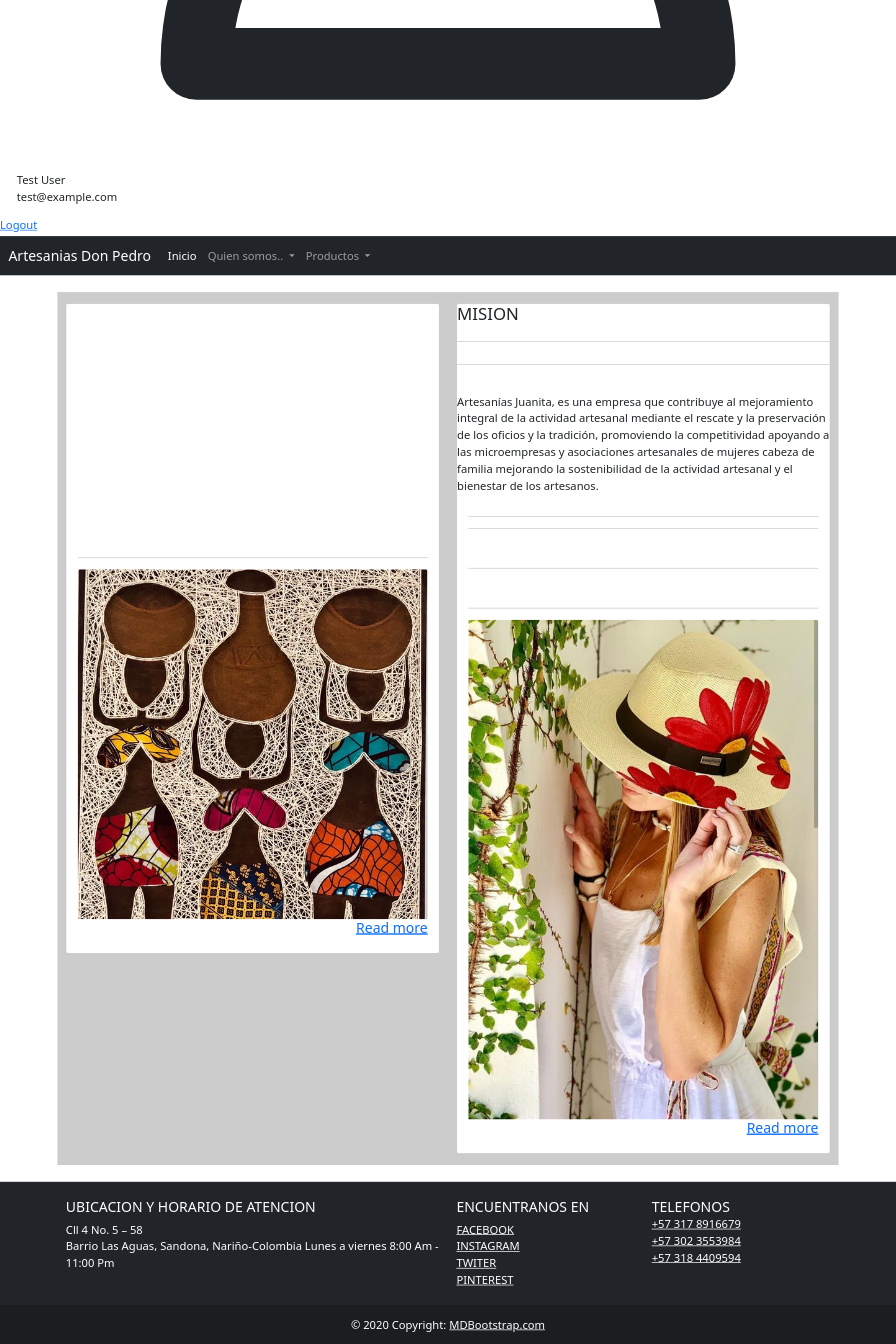
Repository: PG210/taller_artesania
Page: http://localhost/arte/mision
These files come from the project's save history. The page is drawn as it stood at one moment and after the next save; the edit follows.
The browser window is 1280 px wide. The pictures show the part of the page from y = 2506 to 4426 px (the page is 4426 px tall), at 70% of full size.
Pictures or frames that could not be fetched are drawn as grey boxes. The page is served by the project's Laravel application, run on PHP 8.4 with Laravel 8. A made-up administrator, Test User (test@example.com), is signed in.

Above is the page before, as saved 2021-01-14 16:14:00.

After the next save:
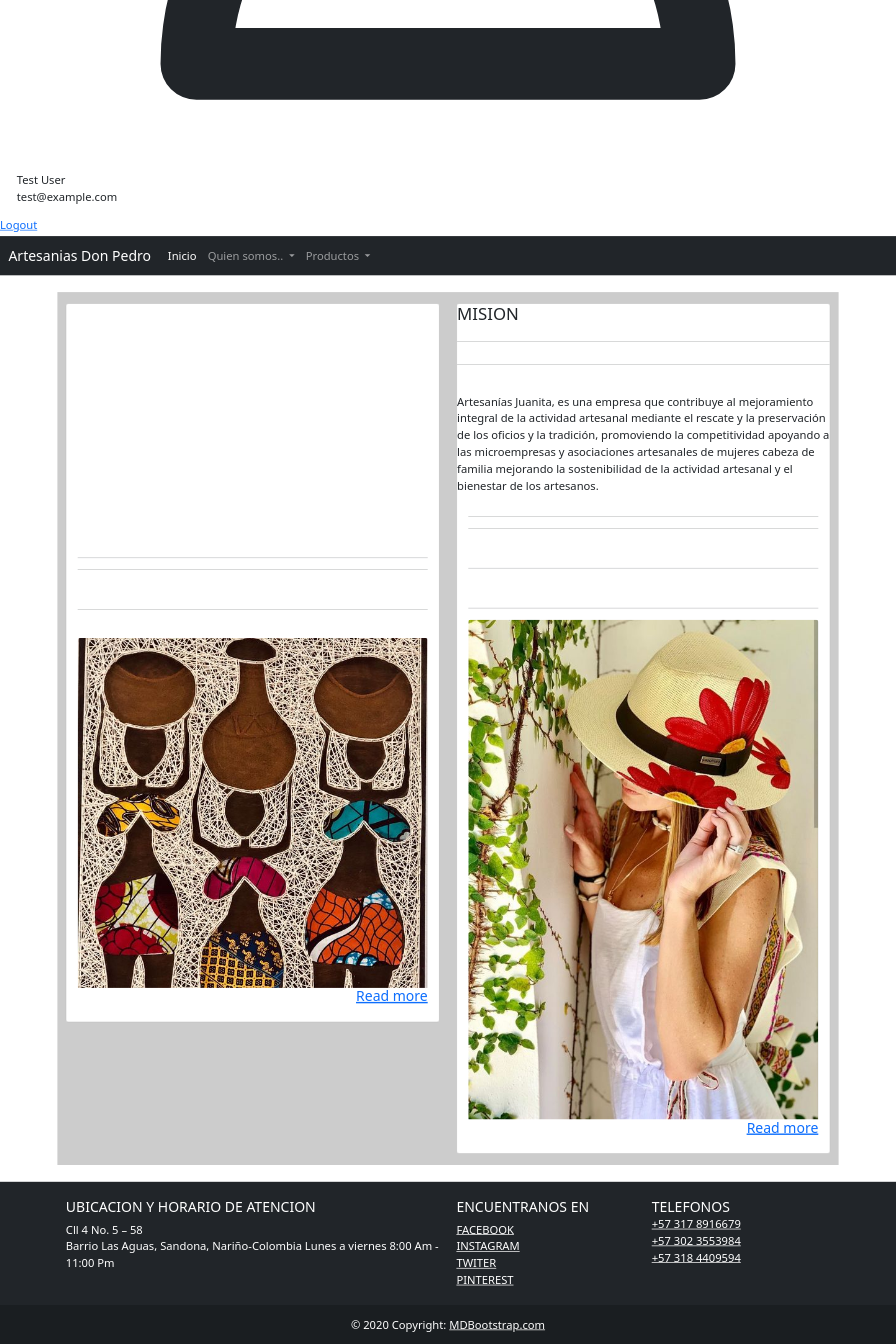
Saved 27 s later.
--- a/resources/views/arte/mision.blade.php
+++ b/resources/views/arte/mision.blade.php
@@ -36,6 +36,10 @@
                         <!-- Title -->
                         <h4 class="card-title"></h4>
                         <hr class="hr-light">
+                        <hr class="hr-light">
+                        <br>
+                        <hr class="hr-light">
+                        <br>
 
                         <div class="view overlay">
                             <img class="card-img-top" src="../img/4.jpg" alt="Card image cap">
